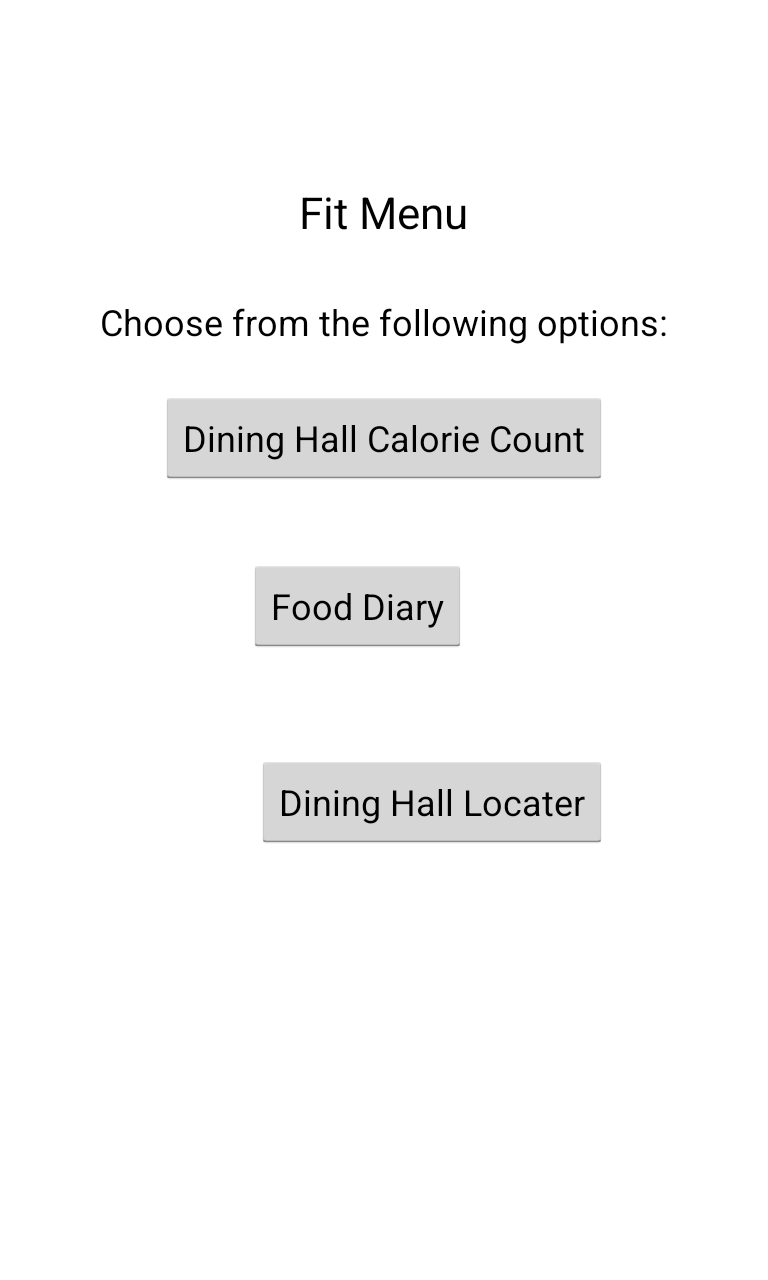
Repository: Mx2/Project-Fitness
Layout: FitSpace/FitatUVA/res/layout/activity_menu.xml
These files come from the project's save history. The layout is drawn as it stood at one moment and after the next save; the edit follows.
It is drawn on a 768 x 1280 px phone screen (xhdpi) without system bars, with theme AppTheme; the app's code is not run.

Above is the layout before, as saved 2012-11-20 15:30:38.

After the next save:
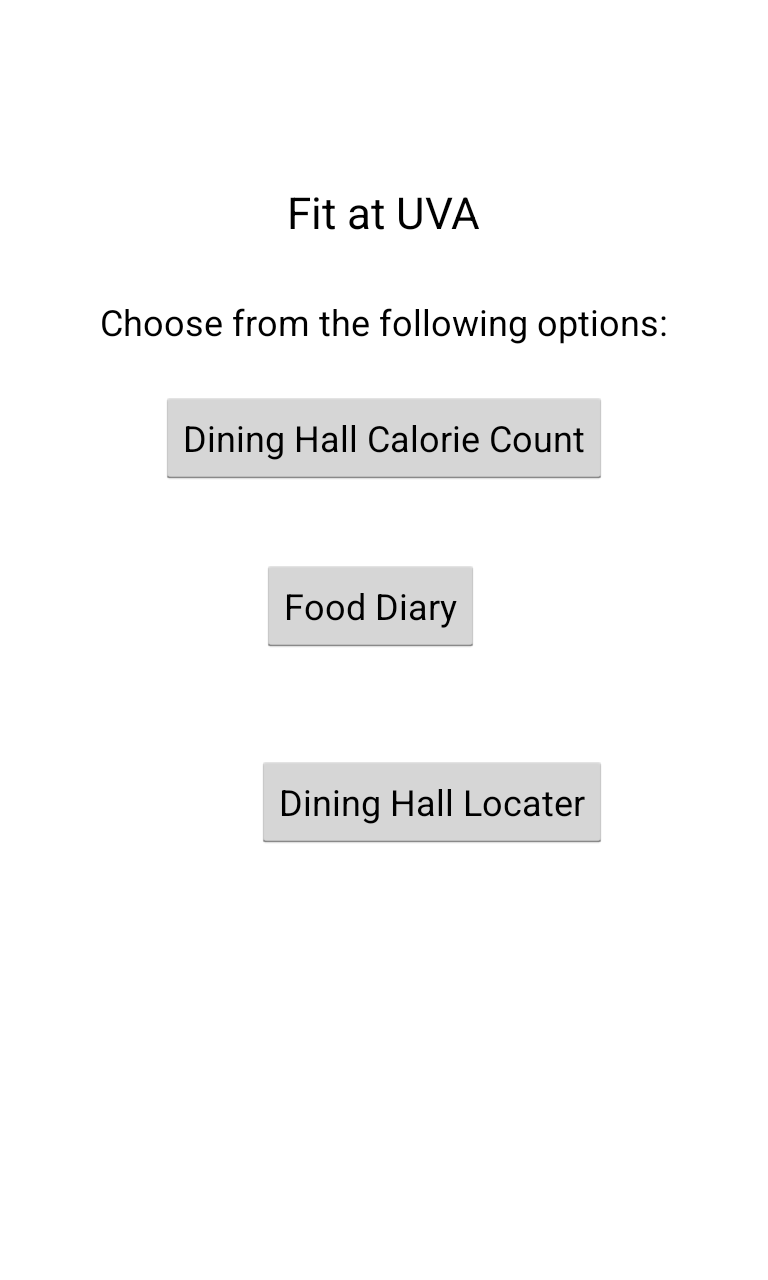
Saved 11 h 58 min later.
--- a/FitSpace/FitatUVA/res/values/strings.xml
+++ b/FitSpace/FitatUVA/res/values/strings.xml
@@ -9,7 +9,7 @@
     <string name="hello_world">Hello world!</string>
     <string name="title_activity_food_list">FoodListActivity</string>
     <string name="food_diary_title">Your Food Diary</string>
-    <string name="title_activity_menu">Fit Menu</string>
+    <string name="title_activity_menu">Fit at UVA</string>
     <string name="title_maps">Dining Hall Map</string>
     <string name="meal_label">Meal</string>
     <string name="calories_label">Calories</string>
